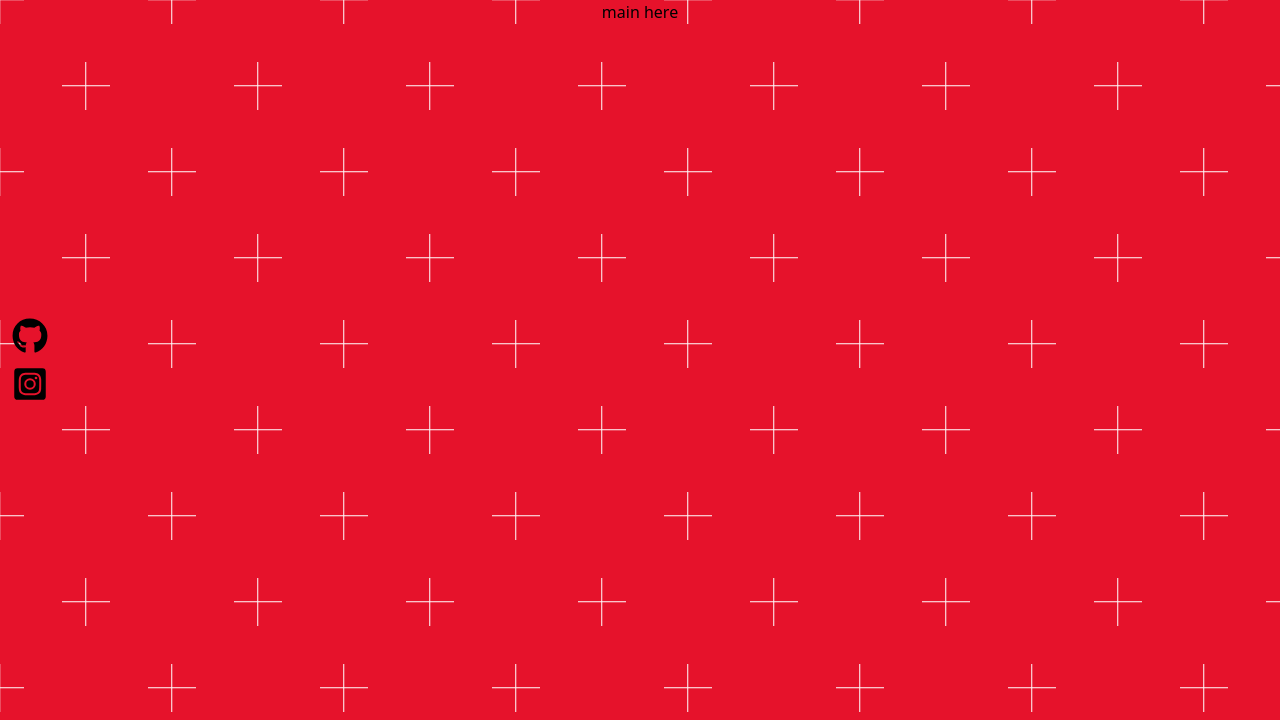
Repository: Ech026/echo-portfolio
Page: /echo-portfolio
These files come from the project's save history. The page is drawn as it stood at one moment and after the next save; the edit follows.
The browser window is 1280 px wide. The pictures show the whole page.
The project was rebuilt for these pictures with package versions that can differ from the ones it lists, and the page was loaded fresh each time. Also part of the build but not shown: vite.config.js.

Above is the page before, as saved 2024-05-13 21:49:59.

### src/main.jsx
import React from 'react'
import ReactDOM from 'react-dom/client'
import App from './App.jsx'
import './index.css'
import { BrowserRouter } from "react-router-dom";


ReactDOM.createRoot(document.getElementById('root')).render(
  <React.StrictMode>
    <BrowserRouter>
      <App />
    </BrowserRouter>
  </React.StrictMode>,
)

### src/App.jsx
import { useState } from 'react'
import reactLogo from './assets/react.svg'
import viteLogo from '/vite.svg'
import './App.css'

import { Route, Routes, useNavigate } from 'react-router-dom'


//component imports
import Main from './components/main'

function App() {
  const [count, setCount] = useState(0)

  return (
    <>
      <Routes>
      <Route path="/echo-portfolio/" element= {<Main />} />

      </Routes>

    </>
  )
}

export default App

### src/App.css
#root {
  max-width: 1920px;
  margin: 0 auto;
  text-align: center;
}


.bg{
  background: radial-gradient(circle, transparent 20%, #e6122b 20%, #e6122b 80%, transparent 80%, transparent) 0% 0% / 172px 172px, radial-gradient(circle, transparent 20%, #e6122b 20%, #e6122b 80%, transparent 80%, transparent) 86px 86px / 172px 172px, linear-gradient(#ffffff 1.5px, transparent 1.5px) 0px -0.75px / 86px 86px, linear-gradient(90deg, #ffffff 1.5px, #e6122b 1.5px) -0.75px 0px / 86px 86px #e6122b;
  background-size: 172px 172px, 172px 172px, 86px 86px, 86px 86px;
  background-color: #e6122b;
}

### src/components/main.jsx
import React from 'react'
import Sidebar from './sidebar'



const Main = () => {
  return (
    <>
        <Sidebar />
        <div className='bg min-h-screen'>main here</div>


    </>
  )
}


export default Main

### src/components/sidebar.jsx
import React from 'react'
import { IconContext } from "react-icons";
import { FaGithub, FaInstagramSquare  } from "react-icons/fa";


const Sidebar = () => {
  return (
    <div className='z-10 absolute flex flex-col justify-center h-screen'>
      <IconContext.Provider value={{ className: "m-3 text-4xl" }}>
        <div>
          <FaGithub /><FaInstagramSquare />
        </div>
      </IconContext.Provider>
    </div>
  )
}

export default Sidebar

Loaded but not shown: index.html (common file); src/index.css (common file); tailwind.config.js (common file)

After the next save:
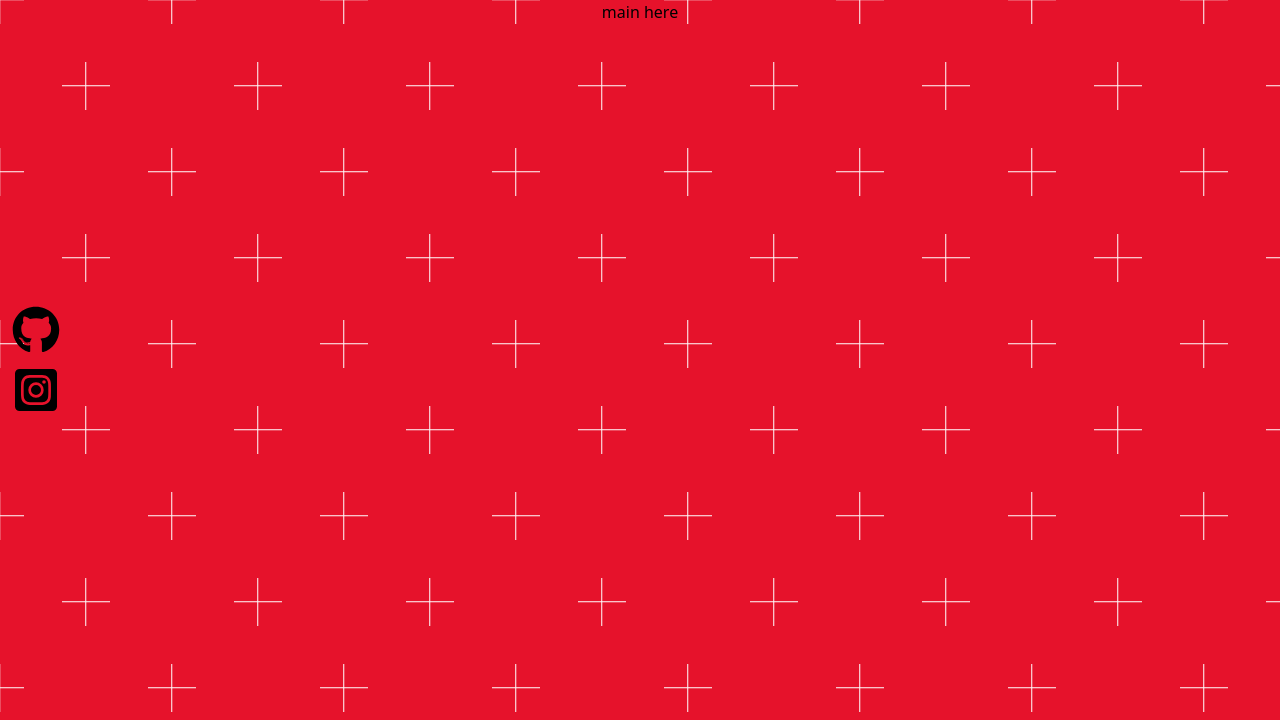
Saved 4 s later.
--- a/src/components/sidebar.jsx
+++ b/src/components/sidebar.jsx
@@ -6,7 +6,7 @@
 const Sidebar = () => {
   return (
     <div className='z-10 absolute flex flex-col justify-center h-screen'>
-      <IconContext.Provider value={{ className: "m-3 text-4xl" }}>
+      <IconContext.Provider value={{ className: "m-3 text-5xl" }}>
         <div>
           <FaGithub /><FaInstagramSquare />
         </div>

After the save that followed:
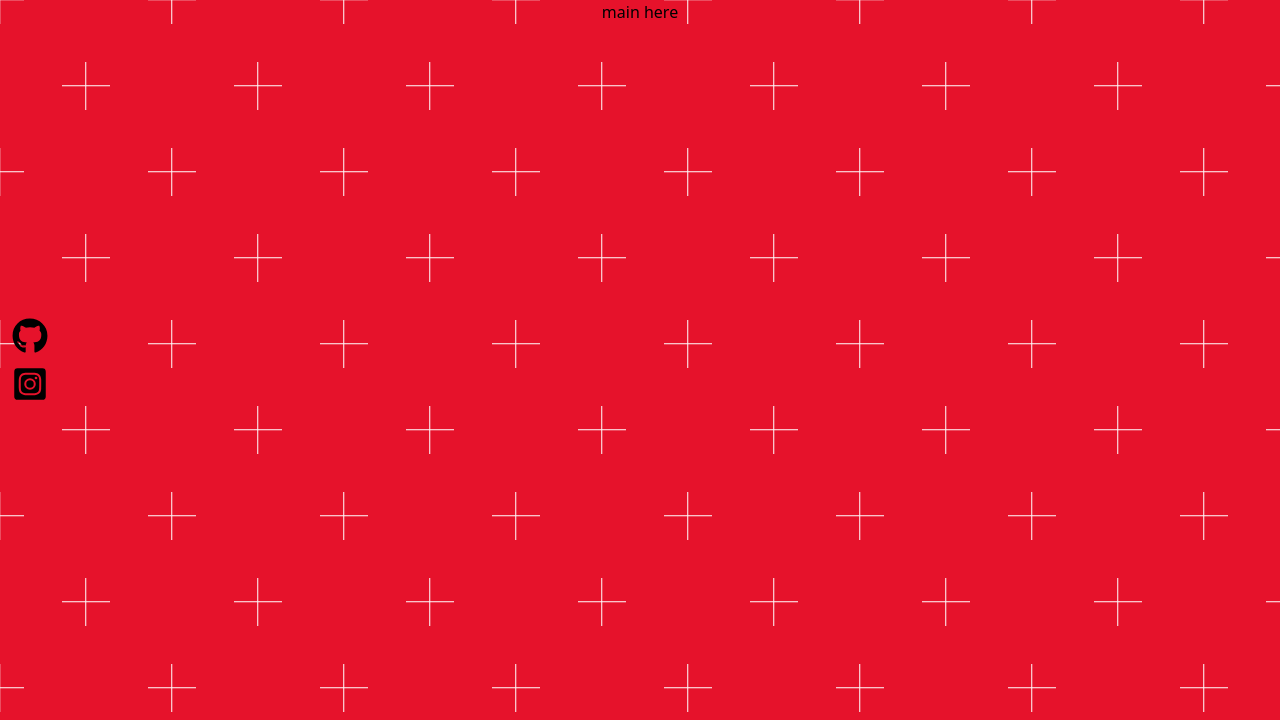
Saved 4 s later.
--- a/src/components/sidebar.jsx
+++ b/src/components/sidebar.jsx
@@ -6,7 +6,7 @@
 const Sidebar = () => {
   return (
     <div className='z-10 absolute flex flex-col justify-center h-screen'>
-      <IconContext.Provider value={{ className: "m-3 text-5xl" }}>
+      <IconContext.Provider value={{ className: "m-3 text-4xl" }}>
         <div>
           <FaGithub /><FaInstagramSquare />
         </div>
